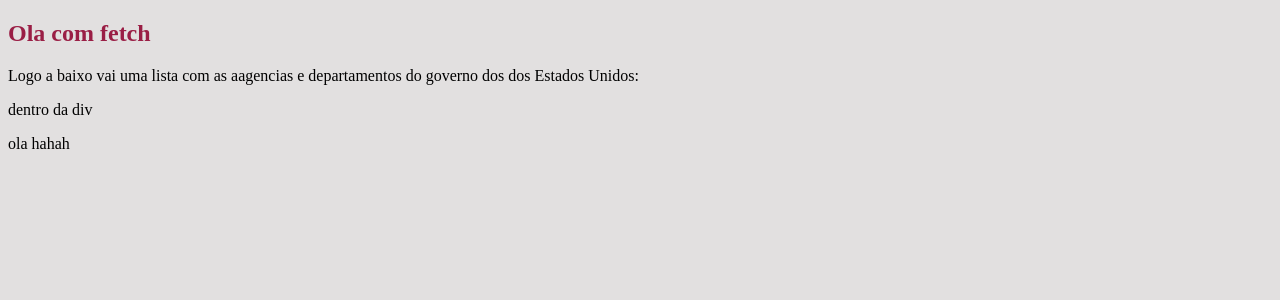
Repository: gustavo-eng/usaJobs
Page: index.html
These files come from the project's save history. The page is drawn as it stood at one moment and after the next save; the edit follows.
The browser window is 1280 px wide. The pictures show the whole page.
The page's requests for data from a server got no answer.

Above is the page before, as saved 2023-01-08 16:29:40.

After the next save:
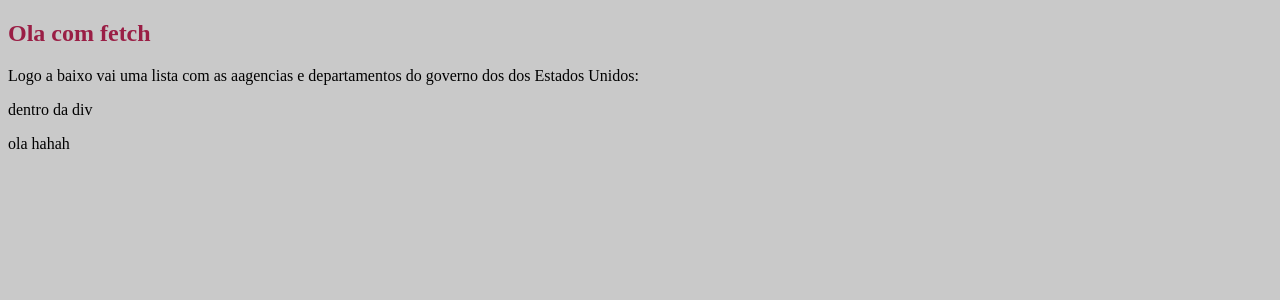
Saved 7 s later.
--- a/index.css
+++ b/index.css
@@ -3,5 +3,5 @@ h2 {
 }
 
 body {
-    background-color: rgb(226, 224, 224);
+    background-color: rgb(201, 201, 201);
 }
